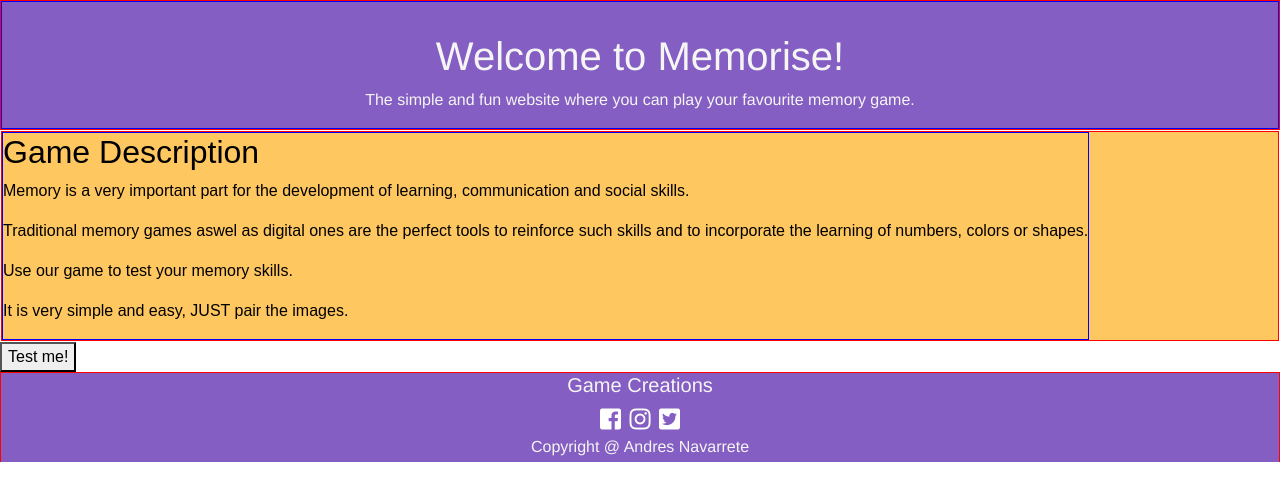
Repository: andna5980/memorise
Page: index.html
An editor plug-in stored every save of this project. The page is shown before and after the next save, followed by the edit.
The browser window is 1280 px wide. The pictures show the whole page.
Some web fonts or font styles are not loaded; a fallback is used. Some web libraries are served in a nearby version.

Above is the page before, as saved 2021-04-23 13:17:29.

After the next save:
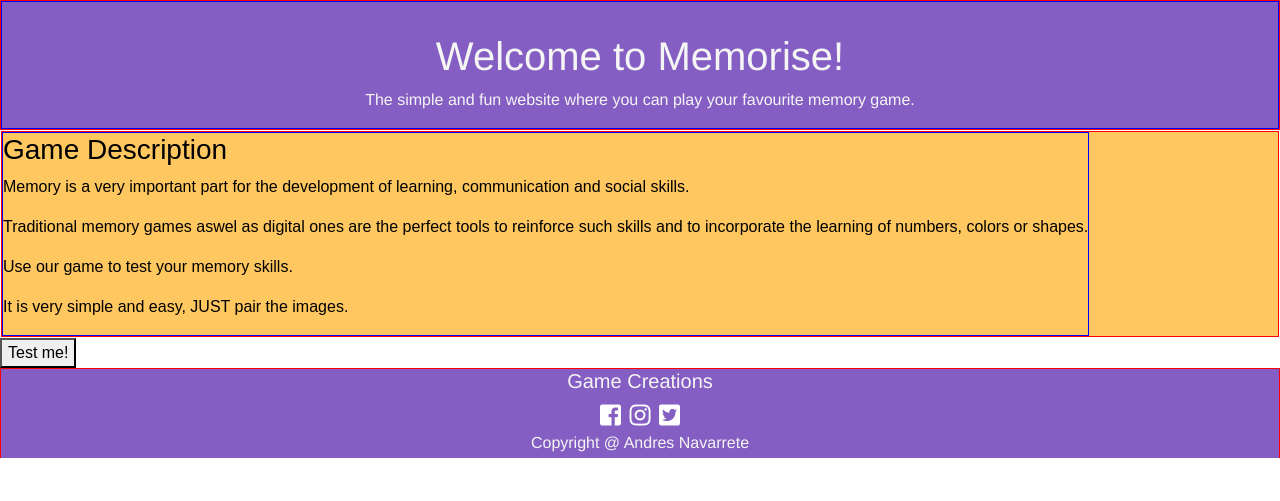
Saved 98 s later.
--- a/index.html
+++ b/index.html
@@ -32,7 +32,7 @@
 
     <div class="game-description row test-red">
         <div class="test-blue">
-            <h2>Game Description</h2>
+            <h3>Game Description</h3>
             <p>
                 Memory is a very important part for the development of learning, communication and social skills.
             </p>
